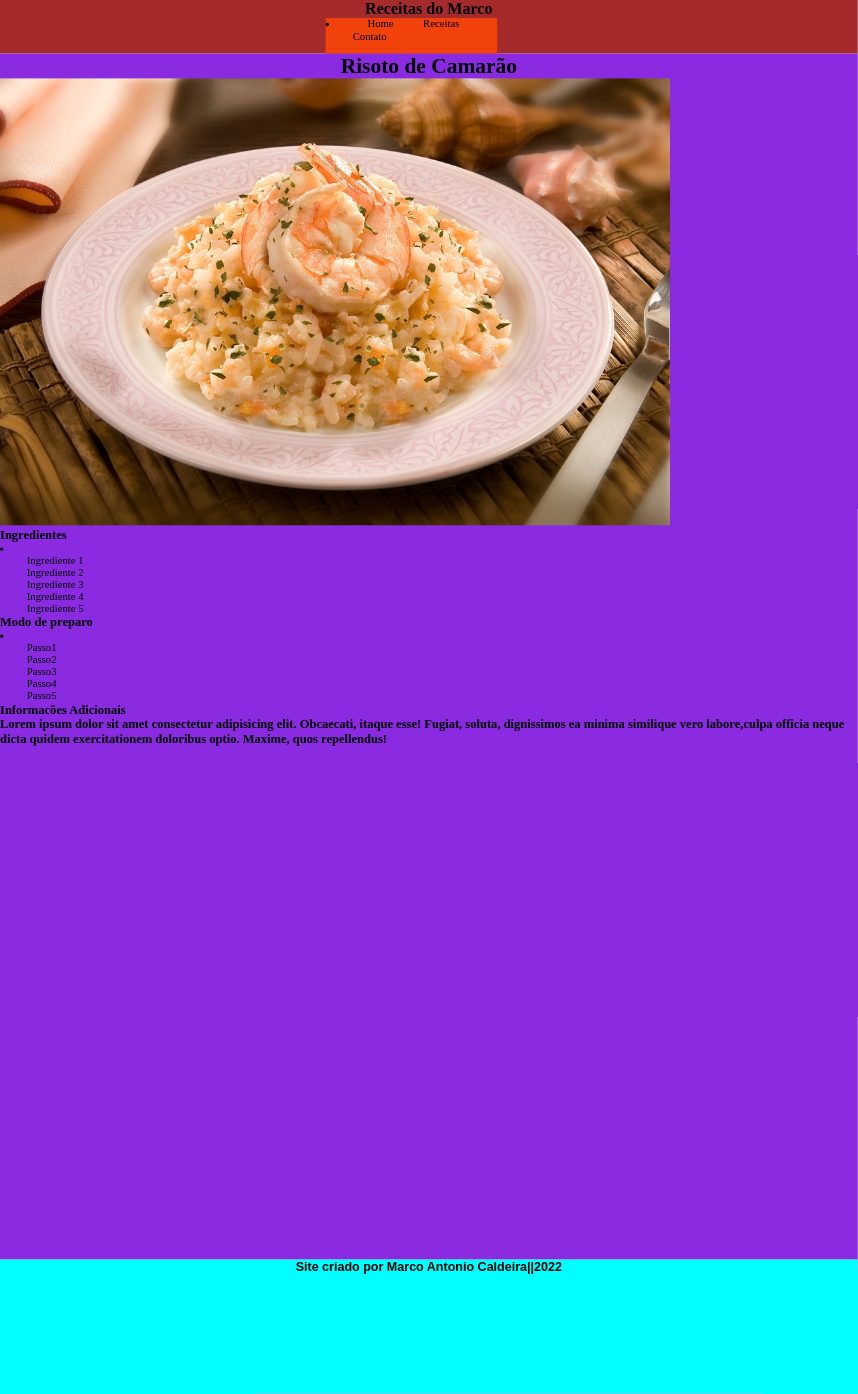
Repository: MarcoantonioCaldeira/Aprendizados-e-Conhecimentos
Page: Receitas da Casa/index.html
An editor plug-in stored every save of this project. The page is shown before and after the next save, followed by the edit.
The browser window is 1280 px wide. The pictures show the whole page, at 67% of full size.

Above is the page before, as saved 2022-05-25 23:49:30.

After the next save:
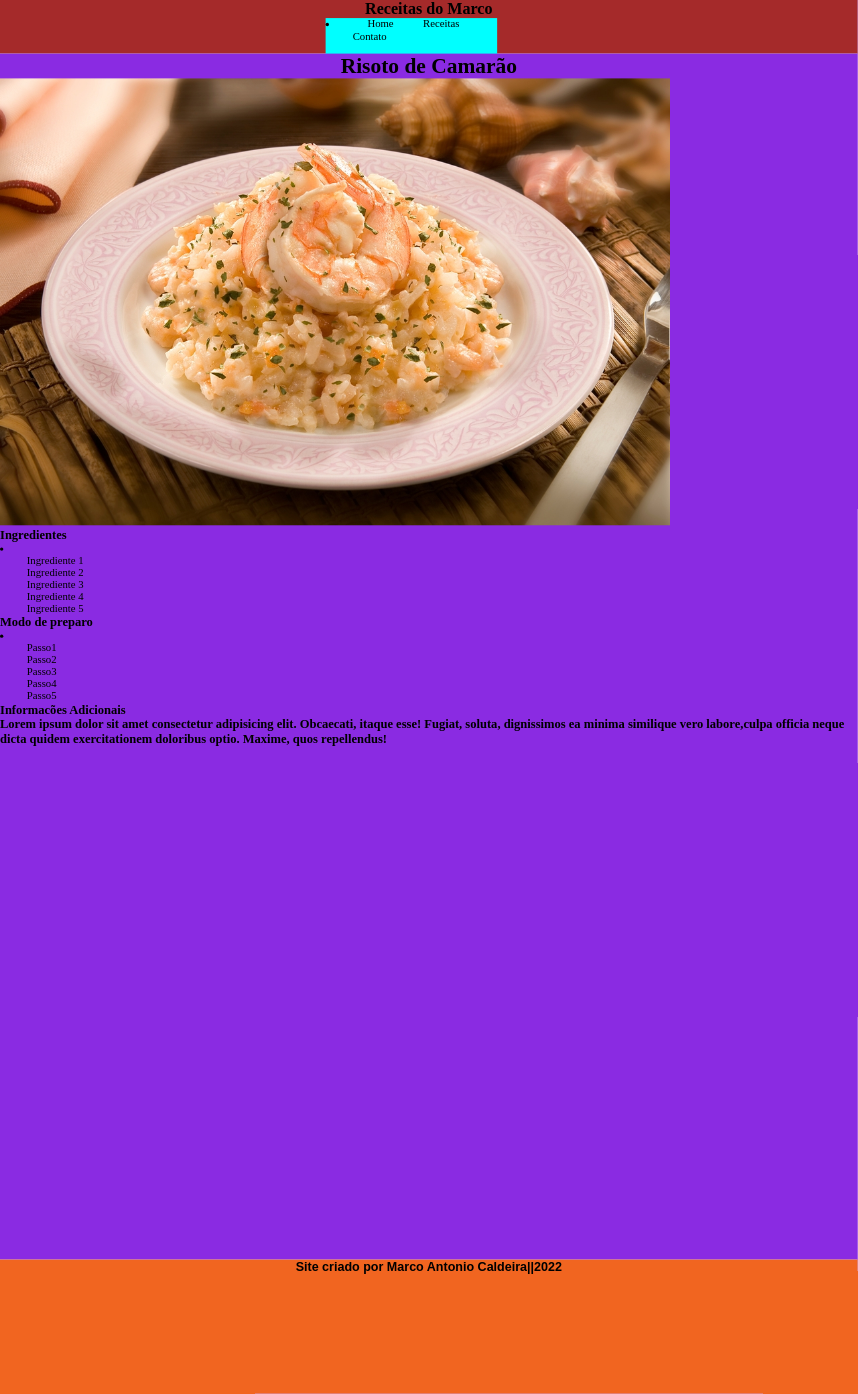
Saved 36 s later.
--- a/Receitas da Casa/css/estilo.css
+++ b/Receitas da Casa/css/estilo.css
@@ -14,6 +14,17 @@ h1{
     height: 80px;
 }
 
+.li-topo{
+    background-color: aqua;
+    height: 100px;
+    width: 20%;
+    margin-left: 38%;
+}
+
+.ul-topo{
+    display: inline;
+}
+
 
 #corpo{
     width: 100%;
@@ -22,7 +33,7 @@ h1{
 }
 
 #rodape{
-    background-color: aqua;
+    background-color: rgb(241, 101, 32);
     width: 100%;
     height: 200px;
 }
@@ -32,14 +43,3 @@ h1{
     font-family: arial;
     text-align: center;
 }
-
-.li-topo{
-    background-color: rgb(241, 66, 12);
-    height: 100px;
-    width: 20%;
-    margin-left: 38%;
-}
-
-.ul-topo{
-    display: inline;
-}
